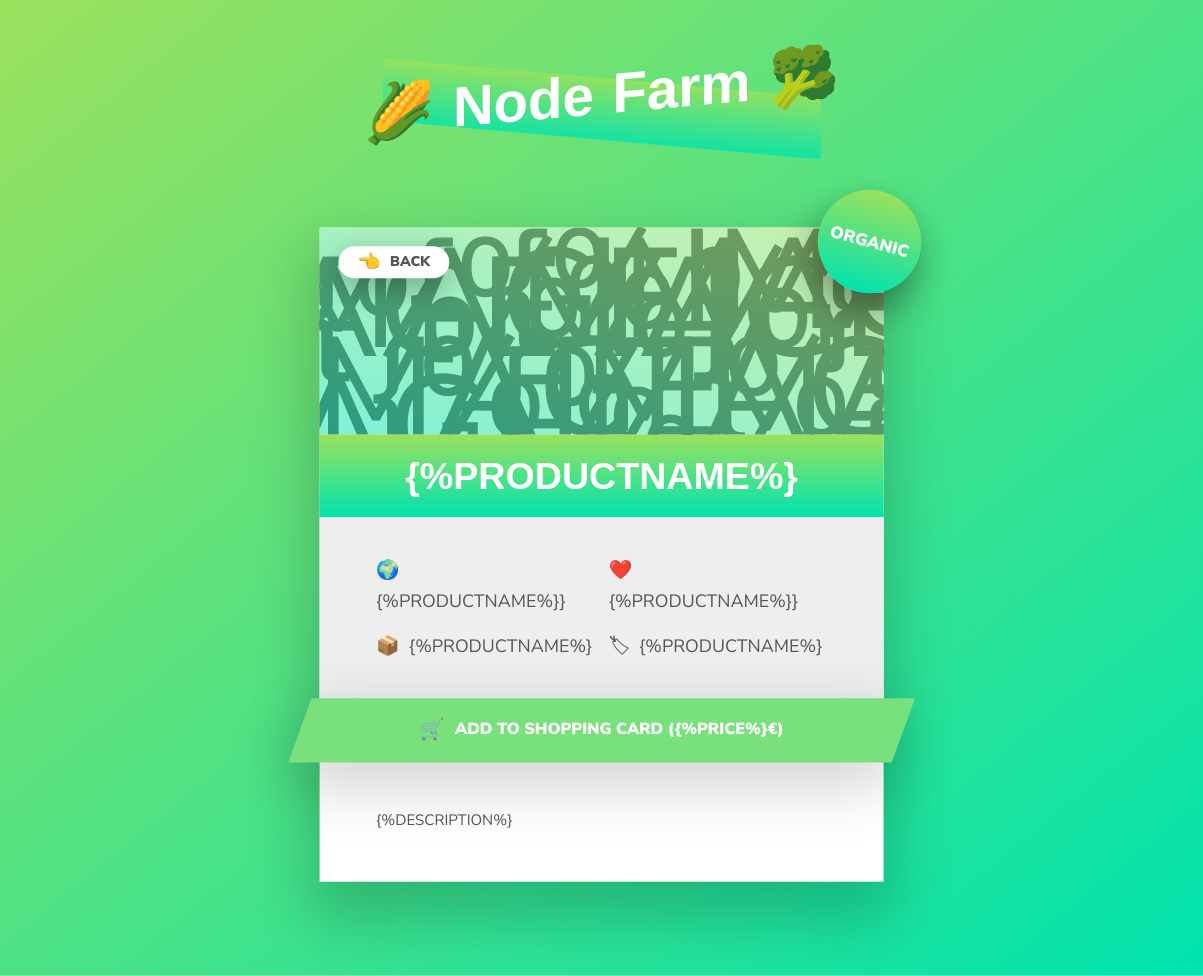
Repository: smit1298/MongoExpressNode
Page: templates/template-product.html
These files come from the project's save history. The page is drawn as it stood at one moment and after the next save; the edit follows.
The browser window is 1280 px wide. The pictures show the whole page, at 94% of full size.
Some web fonts or font styles are not loaded; a fallback is used.

Above is the page before, as saved 2022-04-10 06:38:26.

### templates/template-product.html
<!DOCTYPE html>
<html lang="en">
  <head>
    <meta charset="UTF-8" />
    <meta name="viewport" content="width=device-width, initial-scale=1.0" />
    <meta http-equiv="X-UA-Compatible" content="ie=edge" />
    <link
      href="https://fonts.googleapis.com/css?family=Megrim|Nunito+Sans:400,900"
      rel="stylesheet"
    />
    <link
      rel="icon"
      href="https://emojipedia-us.s3.dualstack.us-west-1.amazonaws.com/thumbs/240/apple/155/ear-of-maize_1f33d.png"
    />

    <title> {%PRODUCTNAME%} {%IMAGE%} /// NODE FARM</title>

    <style>
      *,
      *::before,
      *::after {
        margin: 0;
        padding: 0;
        box-sizing: inherit;
      }

      html {
        font-size: 62.5%;
        box-sizing: border-box;
      }

      body {
        padding: 5rem 5rem 10rem;
        line-height: 1.7;
        font-family: "Nunito Sans", sans-serif;
        color: #555;
        min-height: 100vh;
        background: linear-gradient(to bottom right, #9be15d, #00e3ae);
      }

      h1 {
        font-family: "Megrim", sans-serif;
        font-size: 6rem;
        color: white;
        transform: skewY(-5deg);
        text-align: center;
        position: relative;
        word-spacing: 3px;
      }

      h1::before {
        content: "";
        display: block;
        height: 65%;
        width: 49%;
        position: absolute;
        top: 105%;
        left: 50%;
        background: linear-gradient(to bottom, #9be15d, #00e3ae);
        opacity: 0.8;
        z-index: -1;
        transform: skewY(370deg) translate(-50%, -50%);
      }

      .container {
        width: 95rem;
        margin: 0 auto;
      }

      .product {
        width: 60rem;
        margin: 0 auto;
        margin-top: 9rem;
        background: white;
        box-shadow: 0 3rem 6rem 1rem rgba(0, 0, 0, 0.2);
        position: relative;
      }

      .product__hero {
        position: relative;
        height: 22rem;
        overflow: hidden;
      }

      .product__hero::before {
        content: "";
        display: block;
        height: 100%;
        width: 100%;
        position: absolute;
        top: 0;
        left: 0;
        background-image: linear-gradient(to left bottom, #9be15d, #00e3ae);
        opacity: 0.5;
        z-index: 100;
      }

      .product__emoji {
        font-size: 15rem;
        position: absolute;
      }

      .product__emoji--1 {
        top: -4rem;
        left: -2rem;
        z-index: 10;
      }

      .product__emoji--2 {
        top: -6rem;
        left: 9rem;
      }

      .product__emoji--3 {
        top: -4rem;
        right: 15rem;
      }

      .product__emoji--4 {
        top: -5rem;
        right: 2rem;
        z-index: 10;
      }

      .product__emoji--5 {
        bottom: -9rem;
        left: 18rem;
      }

      .product__emoji--6 {
        bottom: -8rem;
        left: 5rem;
      }

      .product__emoji--7 {
        bottom: -12rem;
        right: 14rem;
      }

      .product__emoji--8 {
        bottom: -8rem;
        right: -2rem;
      }

      .product__emoji--9 {
        top: -7rem;
        left: 19rem;
      }

      .product__organic {
        position: absolute;
        top: -4rem;
        right: -4rem;
        z-index: 1000;
        height: 11rem;
        width: 11rem;
        background-image: linear-gradient(to bottom, #9be15d, #00e3ae);
        border-radius: 50%;
        transform: rotate(15deg);
        box-shadow: 0 2rem 4rem rgba(0, 0, 0, 0.4);
        display: flex;
        align-items: center;
        justify-content: center;
      }

      .product__organic h5 {
        font-weight: 900;
        text-transform: uppercase;
        font-size: 1.8rem;
        color: white;
      }

      .product__back:link,
      .product__back:visited {
        position: absolute;
        top: 2rem;
        left: 2rem;
        font-size: 1.5rem;
        font-weight: 700;
        text-transform: uppercase;
        text-decoration: none;
        z-index: 1000;
        color: #555;
        background-color: white;
        box-shadow: 0 1rem 3rem rgba(0, 0, 0, 0.3);
        border-radius: 100rem;
        padding: 0 2rem;
        transition: all 0.3s;
        display: flex;
        align-items: center;
      }

      .product__back:hover,
      .product__back:active {
        background-color: #79e17b;
      }

      .product__name {
        background: linear-gradient(to bottom, #9be15d, #00e3ae);
        padding: 1rem;
        font-family: "Megrim", sans-serif;
        font-size: 4rem;
        color: white;
        text-align: center;
        word-spacing: 2px;
      }

      .product__details {
        background-color: #eee;
        padding: 4rem 6rem;
        font-size: 1.9rem;
        display: grid;
        grid-template-columns: 1fr 1fr;
        grid-gap: 1.5rem;
      }

      .product__description {
        padding: 5rem 6rem;
        font-size: 1.6rem;
        line-height: 1.8;
      }

      .product__link:link,
      .product__link:visited {
        display: block;
        background-color: #79e17b;
        color: white;
        font-size: 1.6rem;
        font-weight: 700;
        text-transform: uppercase;
        text-decoration: none;
        padding: 1.5rem;
        text-align: center;
        transform: scale(1.07) skewX(-20deg);
        box-shadow: 0 2rem 6rem rgba(0, 0, 0, 0.2);
        display: flex;
        align-items: center;
        justify-content: center;
        transition: all 0.3s;
      }

      .product__link:hover,
      .product__link:active {
        background-color: #9be15d;
        transform: scale(1.1) skewX(-20deg);
      }

      .product__link span {
        transform: skewX(20deg);
      }

      .emoji-left {
        font-size: 2rem;
        margin-right: 1rem;
      }

      .emoji-right {
        font-size: 2rem;
        margin-left: 1rem;
      }

      .not-organic {
        display: none;
      }
    </style>
  </head>

  <body>
    <div class="container">
      <h1>🌽 Node Farm 🥦</h1>

      <figure class="product">
        <div class="product__organic {%NOT_ORGANIC%}"><h5>Organic</h5></div>
        <a href="/overview" class="product__back">
          <span class="emoji-left">👈</span>Back
        </a>
        <div class="product__hero">
          <span class="product__emoji product__emoji--1">{%IMAGE%}</span>
          <span class="product__emoji product__emoji--2">{%IMAGE%}</span>
          <span class="product__emoji product__emoji--3">{%IMAGE%}</span>
          <span class="product__emoji product__emoji--4">{%IMAGE%}</span>
          <span class="product__emoji product__emoji--5">{%IMAGE%}</span>
          <span class="product__emoji product__emoji--6">{%IMAGE%}</span>
          <span class="product__emoji product__emoji--7">{%IMAGE%}</span>
          <span class="product__emoji product__emoji--8">{%IMAGE%}</span>
          <span class="product__emoji product__emoji--9">{%IMAGE%}</span>
        </div>
        <h2 class="product__name">{%PRODUCTNAME%}</h2>
        <div class="product__details">
          <p><span class="emoji-left">🌍</span>{%PRODUCTNAME%}}</p>
          <p><span class="emoji-left">❤️</span>{%PRODUCTNAME%}}</p>
          <p><span class="emoji-left">📦</span>{%PRODUCTNAME%}</p>
          <p><span class="emoji-left">🏷</span>{%PRODUCTNAME%}</p>
        </div>

        <a href="#" class="product__link">
          <span class="emoji-left">🛒</span>
          <span>Add to shopping card ({%PRICE%}€)</span>
        </a>

        <p class="product__description">{%DESCRIPTION%}</p>
      </figure>
    </div>
  </body>
</html>

After the next save:
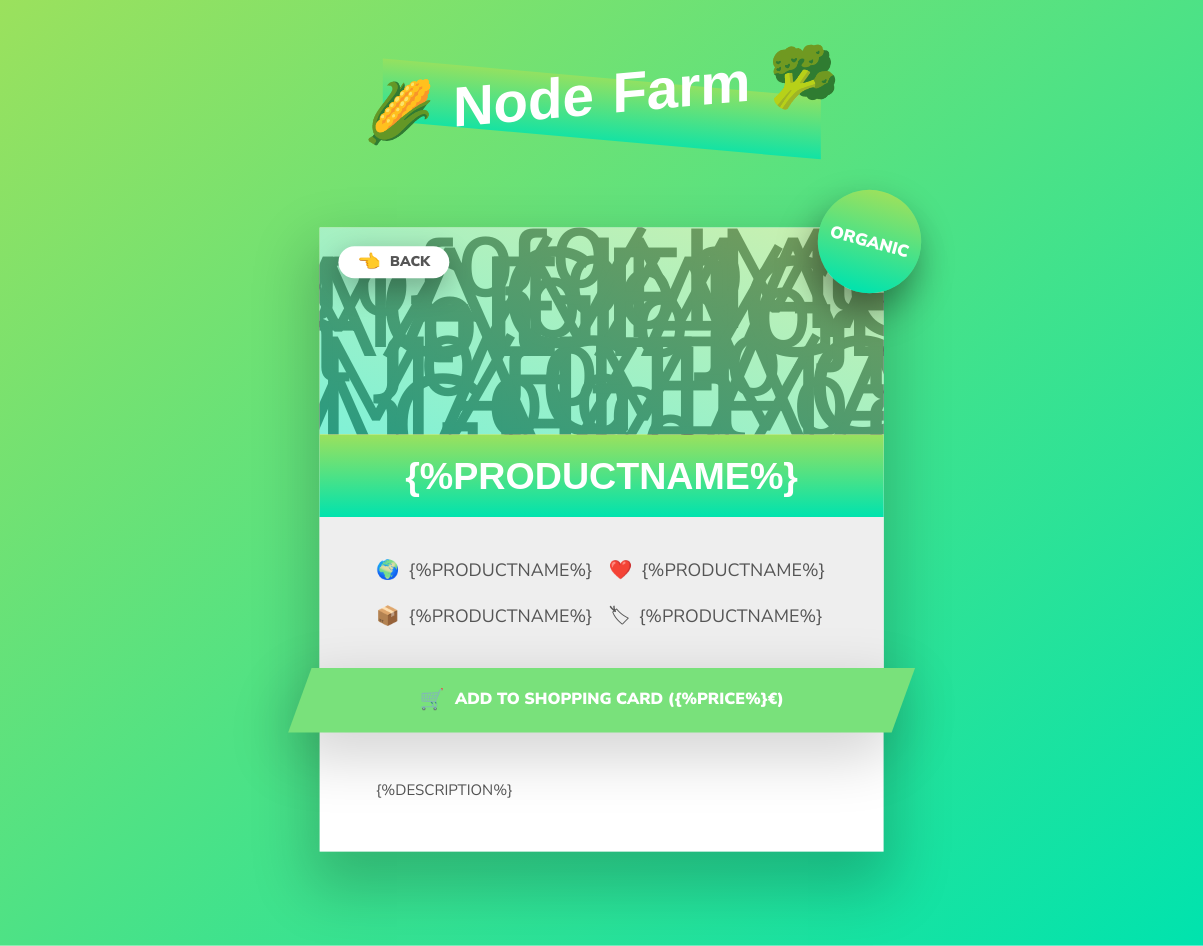
Saved 6 s later.
--- a/templates/template-product.html
+++ b/templates/template-product.html
@@ -287,8 +287,8 @@
         </div>
         <h2 class="product__name">{%PRODUCTNAME%}</h2>
         <div class="product__details">
-          <p><span class="emoji-left">🌍</span>{%PRODUCTNAME%}}</p>
-          <p><span class="emoji-left">❤️</span>{%PRODUCTNAME%}}</p>
+          <p><span class="emoji-left">🌍</span>{%PRODUCTNAME%}</p>
+          <p><span class="emoji-left">❤️</span>{%PRODUCTNAME%}</p>
           <p><span class="emoji-left">📦</span>{%PRODUCTNAME%}</p>
           <p><span class="emoji-left">🏷</span>{%PRODUCTNAME%}</p>
         </div>
